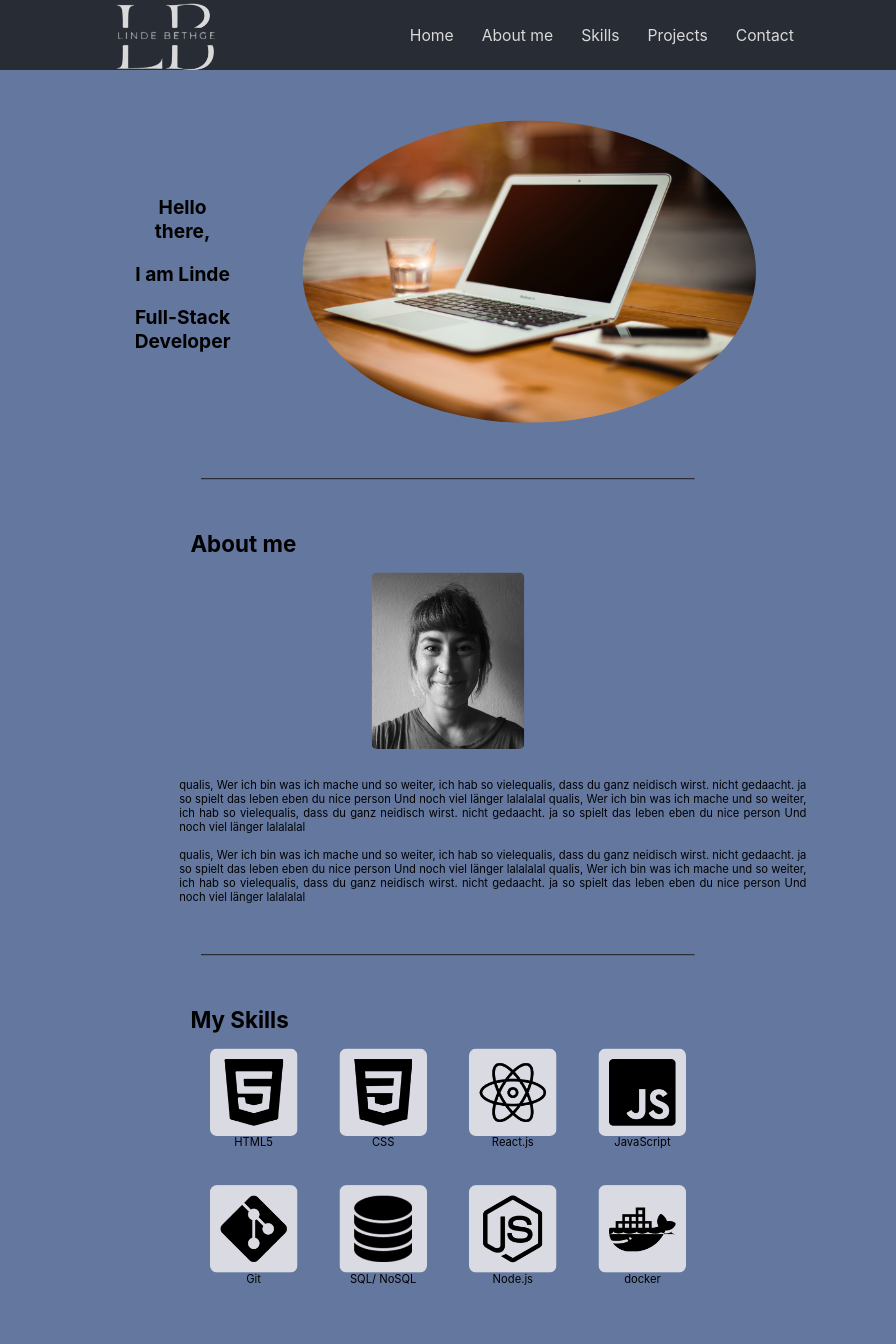
Repository: tiliax/linde-bethge
Page: /
An editor plug-in stored every save of this project. The page is shown before and after the next save, followed by the edit.
The browser window is 1280 px wide. The pictures show the part of the page from y = 0 to 1920 px (the page is 3340 px tall), at 70% of full size.
The project was rebuilt for these pictures with package versions that can differ from the ones it lists, and the page was loaded fresh each time.

Above is the page before, as saved 2023-03-06 21:16:41.

### src/App.js
import './App.css';
import Header from './Components/Header';
import Main from './Components/Main'

function App() {
  return (
    <div className="App">
      <Header />
      <Main />
    </div>
  );
}

export default App;

### src/App.css
.App {
  text-align: center;
}

/* //HEADER// */
.header {
  background-color: #282c34;
  font-size: calc(8px + 2vmin);
  padding:1.1% ;
  position:sticky;

}

/* navbar */
.logoimg {
  height: 30vh;
  margin-top: 5%;
}

.navbar {
  display:flex;
  /* position:relative; */
  justify-content: space-around;
  align-items: center;
  height: 10vh;
}

nav li {
  display: inline-block;
}

.navlinks a {
  margin: 20px;
  color: #d9d9d9;
  text-decoration: none;
}

.navlinks a:hover {
  /* font-size: calc(12px + 2vmin); */
  color: #5e6e8f;
}

/* //MAIN// */
.main {
  background-color: #64789f;
  /* background-color: #5e6e8f; */
}

hr {
  border-color: black;
  margin-left: 40vh;
  margin-right: 40vh;
  margin-bottom: 5vh;
  margin-top: 10vh;
}

h1 {
  display: flex;
  margin-top: 10vh;
  margin-left: 20vh;
}

/* //HOME// */
.home {
  display: flex;
  justify-content: center;
  padding-top: 5vh;
  align-items: center;
  margin-left: 10vw;
  margin-right: 10vw;
}

.home li {
  list-style: none;
  font-size: calc(13px + 2vmin);
  margin-top: 5vh;
}

.profiltext p {
  /* font-style: italic; */
  font-weight: bold;
  margin-right: 8vw;
  margin-left: 5vw;
}

.profil {
  height: 60vh;
  width: auto;
  margin-top: 3,5vh;
  margin-bottom: 3,5vh;
  margin-right: 10vh;
  border-radius: 50%;
}

/* //ABOUT ME// */
.aboutme {
  margin-left: 10vw;
  margin-right: 10vw;
  /* margin-top: 10vh; */
}
.aboutme img {
  height: 35vh;
  border-radius: 7px;
  margin-bottom: 3vh;
}

.aboutme p {
  /* width: 50vw; */
  margin-left: 10vw;
  margin-right: auto;
  text-align: justify;
}

/* //SKILLS// */
.skills {
  margin-left: 10vw;
  margin-right: 10vw;
}

.skillimages1 {
  display: flex;
  justify-content: center;
  margin-bottom: 5vh;
}

.skillimages2 {
  display: flex;
  justify-content: center;
}
.item {
  background-color: rgb(218, 218, 226);
  width: 9vw;
  height: auto;
  margin-left: 30px;
  margin-right: 30px;
  margin-bottom: -3vh;
  padding: 5px;
  border-radius: 10px;
}

/* //PROJECTS// */
.myprojects {
  margin-left: 10vw;
  margin-right: 10vw;
}

/* Freebox */
.freebox {
  display: flex;
  justify-content: space-around;
  margin-left: 12.5vw;
  margin-right: 8vw;
  margin-bottom: 10vh;
  font-size: 2.5vh;
  align-items: center;
}

.freeboximage {
  height: auto;
  width: 50vh;
  margin-right: 3vw;
  border-radius: 5px;
}

.freeboxinfo {
  margin-top: -3vh;
  margin-right: 7vw;
  text-align: left;
  text-align: justify;
}

.freeboxinfo button {
  margin-right: 10px;
  padding: 3% 4%;
  border-radius: 10px;
  border: none;
  background-color: #282c34;
  color: #d9d9d9;
}

.freeboxinfo button:hover {
  background-color: #1a1a40;
}

/* Pokefight */
.pokefight {
  display: flex;
  justify-content: space-around;
  margin-left: 12.5vw;
  margin-right: 8vw;
  font-size: 2.5vh;
  /* align-items: center; */
}

.pokefightimage {
  height: auto;
  width: 50vh;
  margin-right: 3vw;
  border-radius: 5px;
}

.pokefightinfo {
  margin-top: -3vh;
  margin-right: 7vw;
  /* text-align: left; */
  text-align: justify;
}

.pokefightinfo button {
  margin-right: 10px;
  padding: 3% 4%;
  border-radius: 10px;
  border: none;
  background-color: #282c34;
  color: #d9d9d9;
}

.pokefightinfo button:hover {
  background-color: #1f1f23;
}

/* //CONTACT// */
.contact {
  margin-left: 10vw;
  margin-right: 10vw;
}

.contactinfo {
  width: 50vw;
  margin-left: auto;
  margin-right: auto;
  text-align: left;
}

/* Linkedin */
.linkedin {
  height: auto;
  width: 7vh;
  margin-right: 1.5vw;
}

/* Mail  */
.mail {
  height: auto;
  width: 7vh;
  margin-right: 1.5vw;
  border-radius: 5px;
}

/* Github */
.github {
  height: auto;
  width: 7vh;
  margin-right: 1.5vw;
}

/* //Footer// */
.footer {
  padding-bottom: 2vh;
}

.footer a {
  margin: 1vw;
  color: black;
}

.footer a:hover {
  color: #282c34;
}

### src/Components/Header.js
import Logo from './images/LB_Logo.png'

const Header = () => {
    return (

        // NAVBAR
        <div className="header">
            <nav className="navbar">
                {/* LOGO */}
                <div className="logo">
                    <a href="#home">
                        <img className="logoimg" src={Logo} alt="logo" />
                    </a>
                </div>
                {/* NAVLINKS */}
                <div className="navlinks">
                    <li><a href="#home">Home</a></li>
                    <li><a href="#aboutme">About me</a></li>
                    <li><a href="#skills">Skills</a></li>
                    <li><a href="#projects">Projects</a></li>
                    <li><a href="#contact">Contact</a></li>
                </div>
            </nav>
        </div>
    );
}

export default Header;

### src/Components/Main.js
import Profil from './images/computerarbeit.jpg'
import myProfil from './images/myProfilSW.jpg'
import HTML from './images/html.png'
import CSS from './images/css.png'
import REACT from './images/react.png'
import JS from './images/js.png'
import GIT from './images/git.png'
import SQLNoSQL from './images/database.png'
import NODEJS from './images/nodejs.png'
import DOCKER from './images/docker.png'
import FREEBOX from './images/freebox.png'
import POKEFIGHT from './images/pokefight.png'
import LINKEDIN from './images/linkedin.png'
import GITHUB from './images/github.png'
import MAIL from './images/mail.png'


const Main = () => {
    return (

        //MAIN//
        <div className="main">

            {/* //HOME// */}
            <div id='home' className="home">
                <li className='profiltext'>
                    <p> Hello there,</p>
                    <p>I am Linde</p>
                    <p>Full-Stack Developer</p>
                </li>
                <li><img className="profil" src={Profil} alt="profil" /></li>
            </div>
            <hr />

            {/* //ABOUT ME// */}
            <div id='aboutme' className="aboutme">
                <h1>About me</h1>
                <img src={myProfil} alt="myProfil" />
                <p> qualis, Wer ich bin was ich mache und so weiter, ich hab so vielequalis, dass du ganz neidisch wirst. nicht gedaacht. ja so spielt das leben eben du nice person Und noch viel länger lalalalal qualis, Wer ich bin was ich mache und so weiter, ich hab so vielequalis, dass du ganz neidisch wirst. nicht gedaacht. ja so spielt das leben eben du nice person Und noch viel länger lalalalal <br /> <br /> qualis, Wer ich bin was ich mache und so weiter, ich hab so vielequalis, dass du ganz neidisch wirst. nicht gedaacht. ja so spielt das leben eben du nice person Und noch viel länger lalalalal qualis, Wer ich bin was ich mache und so weiter, ich hab so vielequalis, dass du ganz neidisch wirst. nicht gedaacht. ja so spielt das leben eben du nice person Und noch viel länger lalalalal</p>
            </div>
            <hr />

            {/* //SKILLS// */}
            <div id='skills' className="skills">
                <h1>My Skills</h1>
                <div className="skillimages1">
                    <div className="skilldiv">
                        <img className="item" src={HTML} alt="html" />
                        <p>HTML5</p>
                    </div>
                    <div className="skilldiv">
                        <img className="item" src={CSS} alt="css" />
                        <p>CSS</p>
                    </div>
                    <div className="skilldiv">
                        <img className="item" src={REACT} alt="react" />
                        <p>React.js</p>
                    </div>
                    <div className="skilldiv">
                        <img className="item" src={JS} alt="js" />
                        <p>JavaScript</p>
                    </div>
                </div>
                < div className="skillimages2">
                    <div className="skilldiv">
                        <img className="item" src={GIT} alt="git" />
                        <p>Git</p>
                    </div>
                    <div className="skilldiv">
                        <img className="item" src={SQLNoSQL} alt="sql noSql" />
                        <p>SQL/ NoSQL</p>
                    </div>
                    <div className="skilldiv">
                        <img className="item" src={NODEJS} alt="nodejs" />
                        <p>Node.js</p>
                    </div>
                    <div className="skilldiv">
                        <img className="item" src={DOCKER} alt="docker" />
                        <p>docker</p>
                    </div>
                </div>
            </div>
            <hr />

            {/* //PROJECTS// */}
            <div id='projects' className="myprojects">
                <h1>My Projects</h1>

                {/* Freebox */}
                <div className='freebox'>
                    <div>
                        <a href="#"><img className="freeboximage" src={FREEBOX} alt="freebox" /></a>
                    </div>
                    <div className="freeboxinfo">
                        <p><b>Freebox</b> is an app for bla Freebox is an app for bla Freebox is an app for bla Freebox is an app for bla Freebox is an app for bla Freebox is an app for bla Freebox is an app for bla Freebox is an app for bla Freebox is an app for bla Freebox is an app for bla.
                        </p>
                        <p><b>Technologies used: </b>HTML, CSS, React.js, NodeJS</p>
                        <p><b>Links to my Repositories:</b></p>
                        <a href="https://github.com/tiliax/MyFreebox_FE" target="_blank"><button>Frontend</button></a>
                        <a href="https://github.com/tiliax/MyFreebox_BE" target="_blank"><button>Backend</button></a>
                    </div>
                </div>
                {/* Pokefight */}
                <div className='pokefight'>
                    <div>
                        <a href="#"><img className="pokefightimage" src={POKEFIGHT} alt="pokefight" /></a>
                    </div>
                    <div className="pokefightinfo">
                        <p>The <b>Pokemon</b> App shows all Pokemons and their details. You can pick one and let it fight. Afterwards you can see the game results.
                        </p>
                        <p><b>Technologies used: </b>HTML, CSS, Material-UI, ReactJS, NodeJS, ExpressJS, NoSQL</p>
                        <p><b>Links to my Repositories:</b></p>
                        <a href="https://github.com/tiliax/FE--PokeFight" target="_blank"><button>Frontend</button></a>
                        <a href="https://github.com/honigbienlein/PokeFight" target="_blank"><button>Backend</button></a>
                    </div>
                </div>
            </div>
            <hr />

            <div id='contact' className="contact">
                <h1>Contact me</h1>
                <div className='contactinfo'>
                    <p>Drop a message to say "hello", connect on social media, or see if we can collaborate on something amazing? I am happy to get in touch!</p>
                    <br />
                    <div>
                        <a href="https://www.linkedin.com/in/linde-bethge/" target="_blank"><img className='linkedin' src={LINKEDIN} alt="linkedin" /></a>
                        <a href="#"><img className='mail' src={MAIL} alt="" /></a>
                        <a href="https://github.com/tiliax" target="_blank"><img className='github' src={GITHUB} alt="" /></a>
                    </div>
                </div>
            </div>
            <hr />
            <div className="footer">
                <a href="#">Impressum</a>
                <a href="#">Datenschutz</a>
            </div>

        </div>
    );
}

export default Main;

Loaded but not shown: public/index.html (common file); src/index.js (common file); src/index.css (common file)

After the next save:
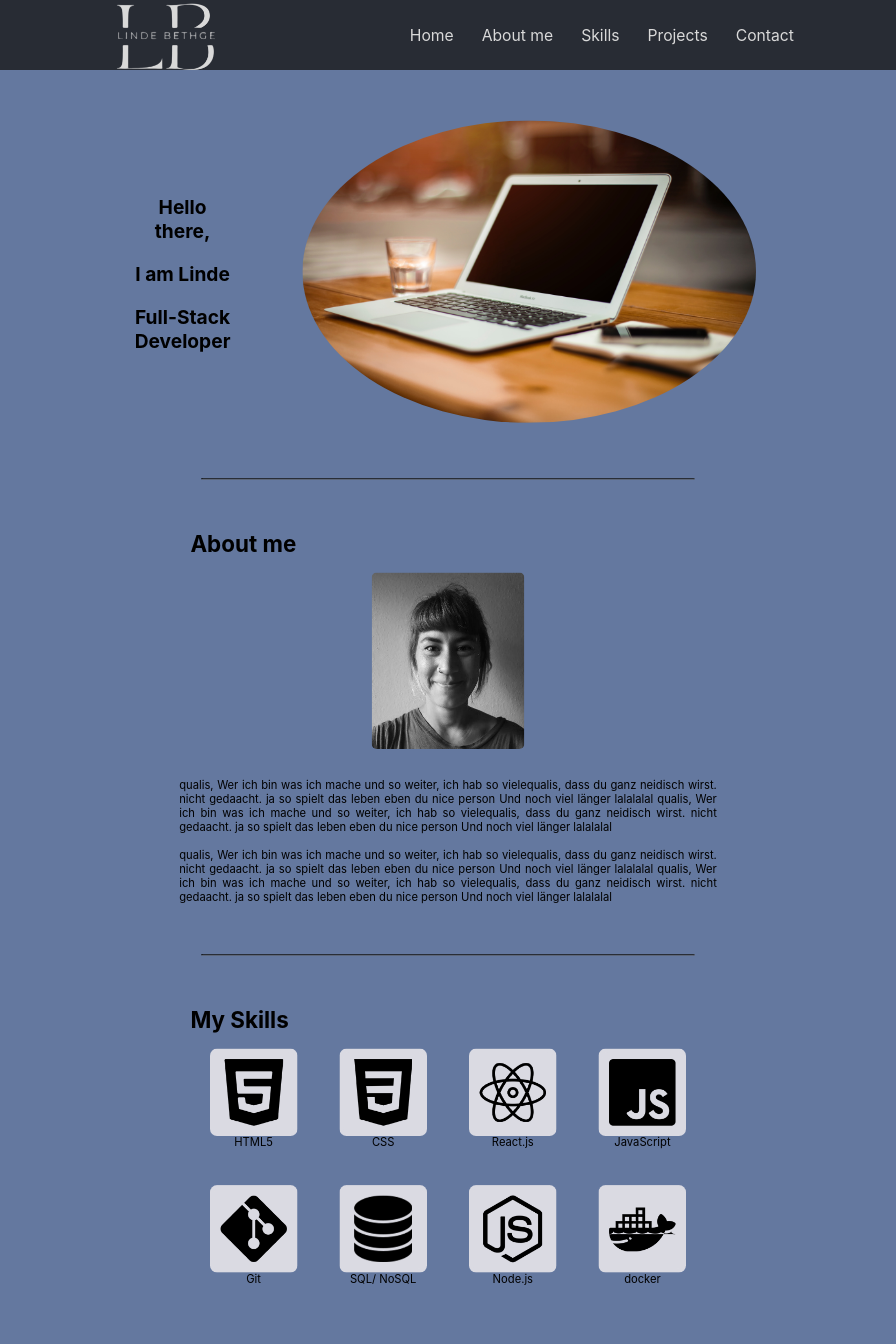
Saved 4 s later.
--- a/src/App.css
+++ b/src/App.css
@@ -107,7 +107,7 @@
 .aboutme p {
   /* width: 50vw; */
   margin-left: 10vw;
-  margin-right: auto;
+  margin-right: 10vw;
   text-align: justify;
 }
 
